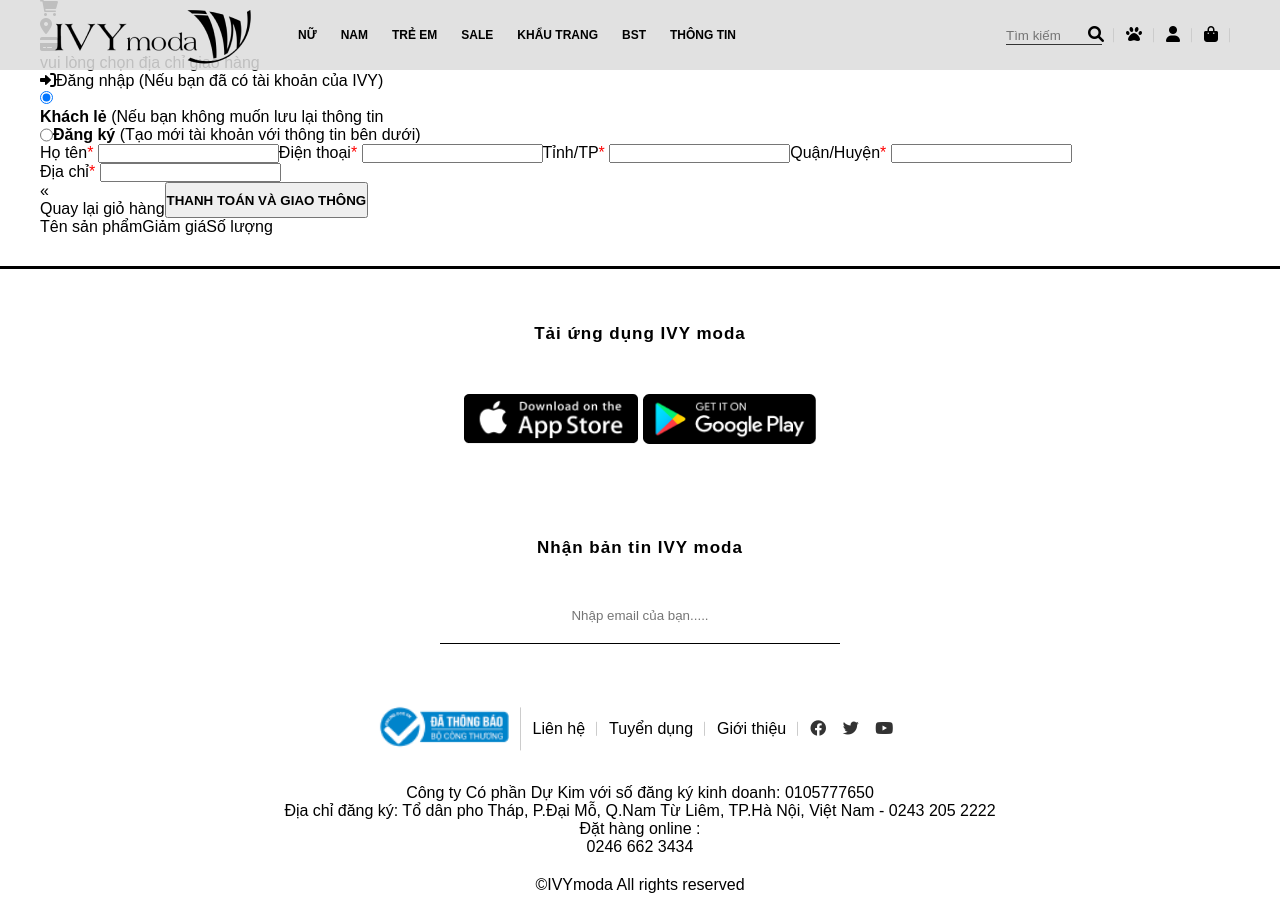
Repository: dinhvanbinh2310/ivy-moda
Page: delivery.html
An editor plug-in stored every save of this project. The page is shown before and after the next save, followed by the edit.
The browser window is 1280 px wide. The pictures show the whole page.

Above is the page before, as saved 2022-05-08 10:21:04.

### delivery.html
<!DOCTYPE html>
<html lang="en">
<head>
    <meta charset="UTF-8">
    <meta http-equiv="X-UA-Compatible" content="IE=edge">
    <meta name="viewport" content="width=device-width, initial-scale=1.0">
    <link rel="stylesheet" href="./fontawesome-free-6.1.1-web/css/all.css">
    <link rel="stylesheet" href="./css/style.css">
    <title>IVY moda</title>
</head>
<body>
<header>
    <div class="logo">
        <img src="./Images/logo.png" alt="logo" class="logo">
    </div>
    <div class="menu">
        <li><a href="">NỮ</a>
            <ul class="sub-menu">
                <li> <a href="">Hàng mới về</a>
                </li>
                <li> <a href="">Collection</a>
                </li>
                <li> <a href=""> Áo</a>
                    <ul>
                        <li> <a href="">Áo sơ mi</a>
                        </li>
                        <li> <a href="">Áo thun</a>
                        </li>
                        <li> <a href="">Áo khoác</a>
                        </li>
                        <li> <a href="">Áo len</a>
                        </li>
                    </ul>
                </li>
                <li> <a href="">Quần</a>
                    <ul>
                        <li> <a href="">Quần jean</a>
                        </li>
                        <li> <a href="">Quần lửng</a>
                        </li>
                        <li> <a href="">Quần dài</a>
                        </li>
                    </ul>
                </li>
            </ul>
        </li>
        <li><a href="">NAM</a>
        </li>
        <li><a href="">TRẺ EM</a>
        </li>
        <li><a href="">SALE</a>
        </li>
        <li><a href="">KHẨU TRANG</a>
        </li>
        <li><a href="">BST</a>
        </li>
        <li><a href="">THÔNG TIN</a>
        </li>
    </div>
    <div class="others">
        <li>
            <input placeholder="Tìm kiếm" type="text"> <i class="fa-solid fa-magnifying-glass"></i>
        </li>
        <li>
            <a class="fa-solid fa-paw" href=""></a>
        </li>
        <li>
            <a class="fa-solid fa-user" href=""></a>
        </li>
        <li>
            <a class="fa-solid fa-bag-shopping" href=""></a>
        </li>
    </div>
</header>
<!-----------------------------delivery----------------------------->
<section class="delivery">
    <div class="container">
        <div class="delivery-top-wrap">
            <div class="delivery-top">
              <div class="delivery-top-delivery delivery-top-item">
                <i class="fa-solid fa-cart-shopping "></i>
              </div>
              <div class="delivery-top-adress delivery-top-item">
                <i class="fa-solid fa-location-dot"></i>
              </div>
              <div class="delivery-top-payment delivery-top-item">
                <i class="fa-solid fa-credit-card "></i>
              </div>
            </div>
    </div>
    </div>
    <div class="container">
        <div class="delivery-content">
            <div class="delivery-content-left">
               <p>vui lòng chọn địa chỉ giao hàng </p>
            <div class="delivery-content-left-signin row">
                <i class="fa-solid fa-right-to-bracket"></i>
                <p>Đăng nhập (Nếu bạn đã có tài khoản của IVY)</p>
            </div>
            <div class="delivery-content-left-strange-customers">
                <input checked name="loaikhach" type="radio">
                <p>  <span style="font-weight: bold;">  Khách lẻ</span> (Nếu bạn không muốn lưu lại thông tin</p>
            </div>
                <div class="delivery-content-left-signup row">
                    <input name="loaikhach" type="radio">
                    <p>  <span style="font-weight: bold;"> Đăng ký </span>(Tạo mới tài khoản với thông tin bên dưới)
                    </p>
                </div>
                <div class="delivery-content-left-input-top row">
                    <div class="delivery-content-left-input-top-item">
                        <label for="">Họ tên<span style="color: red;">*</span></label>
                        <input type="text">
                    </div>
                    <div class="delivery-content-left-input-top-item">
                        <label for="">Điện thoại<span style="color: red;">*</span></label>
                        <input type="text">
                    </div>
                    <div class="delivery-content-left-input-top-item">
                        <label for="">Tỉnh/TP<span style="color: red;">*</span></label>
                        <input type="text">
                    </div>
                    <div class="delivery-content-left-input-top-item">
                        <label for="">Quận/Huyện<span style="color: red;">*</span></label>
                        <input type="text">
                    </div>
                </div>
                <div class="delivery-content-left-input-input-bottom">
                    <label for="">Địa chỉ<span style="color: red;">*</span></label>
                    <input type="text">
                </div>
                <div class="delivery-content-left-button row">
                    <a href=""> <span>&#171;</span><p>Quay lại giỏ hàng</p></a>
                    <button><p style="font-weight: bold;">THANH TOÁN VÀ GIAO THÔNG</p> </button>
                </div>
            </div>
            <div class="delivery-content-right">
                <table>
                    <tr>Tên sản phẩm</tr>
                    <tr>Giảm giá</tr>
                    <tr>Số lượng</tr>
                </table>
            </div>
        </div>
    </div>
</section>


<div class="dot-horizontal">
</div>
<!------------------------------Footer---------------------------------->
<section class="app-container">
  <p>Tải ứng dụng IVY moda</p>
  <div class="app-google">
      <img src="./Images/appstore.png" alt="">
      <img src="./Images/googleplay.png" alt="">
  </div>
  <p>Nhận bản tin IVY moda</p>
  <input type="text" placeholder="Nhập email của bạn.....">
</section>

<div class="footer-top">
  <li>
      <a href=""> <img src="./Images/img-congthuong.png" alt="">
      </a>
  </li>
  <li>Liên hệ</li>
  <li>Tuyển dụng</li>
  <li>Giới thiệu</li>
  <li>
      <a href="" class="fa-brands fa-facebook"></a>
      <a href="" class="fa-brands fa-twitter"></a>
      <a href="" class="fa-brands fa-youtube"></a>
  </li>
</div>
<div class="footer-center">

  <p>
      Công ty Có phần Dự Kim với số đăng ký kinh doanh: 0105777650
      <br> Địa chỉ đăng ký: Tổ dân pho Tháp, P.Đại Mỗ, Q.Nam Từ Liêm, TP.Hà Nội, Việt Nam - 0243 205 2222
      <br> Đặt hàng online :
      <br>0246 662 3434
      <br>
  </p>
</div>
<div class="footer-bottom">
  ©IVYmoda All rights reserved
</div>
</body>
  </html>

### css/style.css
*{
  margin: 0;
  padding: 0;
  box-sizing: border-box;
  font-family: Arial, Helvetica, sans-serif;
}
li{
  list-style: none;
}
a{
  text-decoration: none;
  color: #000;
}
header{
  display: flex;
  justify-content: space-between;
  height: 70px;
  padding: 12px 50px;
  align-items: center;
  position: fixed;
  top: 0;
  left: 0;
  z-index: 1;
  background:#DDDDDDDD;
  width: 100%;
}

.logo{
  flex: 1;
  padding-top: 10px;
 size: 5px;
}
.menu{
  flex: 3;
  display: flex;
}
.menu > li{
  padding: 0 12px;
  position: relative;
}
.menu  li a{
  font-size: 12px;
  font-weight: bold;
  display: block;
  line-height: 20px;
}
.menu > li:hover .sub-menu{
  visibility: visible;
  top: 45px;
}
.sub-menu{
  position: absolute;
  width: 150px;
  border: 1px solid #ccc;
  padding: 10px 0 10px 20px;
  visibility: hidden;
  top: 75px;
  transition: 0.3s;
  z-index: 1;
  background-color: #fff;
}
.sub-menu ul{
  padding-left: 20px;
}
.sub-menu li a{
  font-size: 12px;
  font-weight: normal;
}

.others{
  flex: 1;
  display: flex;
}
.others > li{
  padding: 0 12px;
  position: relative;
}
.others>li::after{
  content: "";
  display: block;
  width: 1px;
  height: 75%;
  background: #cccccc;
  position: absolute;
  right: 0;
  top: 50%;
  transform: translateY(-50%);
}
.others > li:first-child{
  position: relative;

}
.others > li:first-child input{
  width: 100%;
  height: 100%;
  background: #0000;
  border: none;
  border-bottom:1px solid #333 ;
}
.others > li:first-child i{
position: absolute;
right: 10px;
}
.sliders{
  overflow: hidden;
}
.aspect-ratio-169 {
  display: block;
  position: relative;
  padding-top: 56.25%;
  transition: 0.3s;
}
.aspect-ratio-169 img {
  display: block;
  position: absolute;
  width: 100%;
  height: 100%;
  top: 0;
  left: 0;
}
.dot-container{
  position:absolute;
  height: 30px;
  width: 100%;
  display: flex;
  justify-content: center;
  padding-top: 10px;
}
.dot-horizontal{
  border-bottom: 3px solid black;
  padding-top: 30px;
 width: 100%;
 height: 100%;
 size: 100%;
}
.dot{
  height: 16px;
  width: 16px;
  background-color: #ccc;
  border-radius: 50%;
  margin-right: 12px;
  cursor: pointer;
}
.dot.active{
  background-color: #333;
}
/* -------------------------------app---------------------------- */
.app-container{
  text-align: center;
  align-items: center;
  padding: 15px 0 50px 0;
}
.app-google{
  margin:50px;
}
.app-google img{
  height: 50px;
  cursor: pointer;
}
.app-container p{
line-height: 20px;
letter-spacing: 1px;
font-size: 17px;
color:#000;
font-weight: bold;
padding-top: 40px;
}
.app-container input{
  margin-top: 50px;
  border: none;
  border-bottom: 1px solid #000;
  padding-bottom: 20px;
  width: 400px;
  text-align: center;
  outline: none;
}
.footer{
  text-align: center;
}
.footer-top{
  display: flex;
  text-align: center;
  justify-content: center;
  align-items: center;
  margin-bottom: 20px;
  height: 70px;
}
.footer-top img{
  height: 50px;
}
.footer-top li{
  padding: 0 12px;
  position: relative;
}
.footer-top li::after{
  content:"";
  display: block;
  width: 1px;
  height: 80%;
  background-color: #cccccc;
  position: absolute;
  right: 0;
  top: 50%;
  transform: translateY(-50%);
}
.footer-top li:last-child::after{
  display: none;
}
.footer-top li:last-child a{
margin-right: 12px;
color:#333;
}
.footer-center{
  text-align: center;
}
.footer-bottom{
  margin: 20px 0;
  text-align: center;
}
/* Cartegory */
.cartegory{
  padding: 100px 0 0;
}
.container{
  max-width: 1200px;
  margin: auto;
}
.row{
  display: flex;
  flex-wrap: wrap;
}
.cartegory-top{
  margin-bottom: 50px;
}
.cartegory-top p{
  font-family: Arial, Helvetica, sans-serif;
margin: 0 12px;
font-size: 12px;
}
.cartegory-left{
  width: 20%;
}
.cartegory-right{
  width: 80%;
}
.cartegory-right-top-item:first-child{
  flex: 2;
font-size: 16px;
font-family: Arial, Helvetica, sans-serif;
font-weight: bold;
}
.cartegory-right-top-item{
  flex: 1;
  padding: 0 12px;
}
.cartegory-right-top-item button{
  width: 100%;
  padding: 10px 15px;
  display: flex;
  justify-content: space-between;
  background-color: #ffff;
  border: 1px solid #dddd;
  cursor: pointer;
}
.cartegory-right-top-item select{
  width: 100%;
  padding: 10px 15px;
  display: flex;
  justify-content: space-between;
  background-color: #ffff;
  border: 1px solid #dddd;
  cursor: pointer;
}
.cartegory-right-content{
  margin-top: 20px;
  justify-content: space-between;
}
.cartegory-right-content-item{
  width: calc(25% - 12px);
  text-align: center;
  padding: 12px 0;
}
.cartegory-right-content-item h1{
  font-size: 11px;
font-family: Arial, Helvetica, sans-serif;
  margin-top: 6px;
  color: #333333;
}
.cartegory-right-content-item img{
  width: 100%;
}
.cartegory-right-content-item p{
  font-size: 12px;
}
.cartegory-right-bottom{
  justify-content: space-between;
  margin: 30px 0 20px;
  width: 100%;
}
.cartegory-right-bottom p{
  font-family: Arial, Helvetica, sans-serif;
font-size: 11px;
}
.cartegory-left ul li{
  padding: 12px 0;
}
.cartegory-left ul li >a{
  color: black;
  font-size: 16px;
  font-weight: bold;
  font-family: Arial, Helvetica, sans-serif;
}
.cartegory-left ul li ul li{
  padding-left: 10px;
}
.cartegory-left-li ul{
  display: none;
}
.cartegory-left-li.block ul{
  display: block;
}
.cartegory-left ul li ul li a{
  color: #333333;
}
/* -----------------Product------------------ */
.product{
  padding: 100px 0;

}
.product-top{
  margin-bottom: 30px;
}
.product-top p{
  font-family: Arial, Helvetica, sans-serif;
  margin: 0 12px;
  font-size: 12px;
}
.product-content-left{
  width: 50%;
}

.product-content-left-big-img{
  width: 80%;
  padding-right: 20px;
}
.product-content-left-big-img img{
  width: 100%;
}
.product-content-left-small-img{
  width: 20%;
}
.product-content-left-small-img img{
  width: 100%;
  cursor: pointer;
}
.product-content-right{
  width: 50%;
  padding-left: 20px;
}
.product-content-right-product-name{
  font-family: Arial, Helvetica, sans-serif;
font-size: 16px;
}
.product-content-right-product-name p{
  color: #cccc;
  font-size: 12px;
}
.product-content-right-product-price{
  margin: 12px 0;
  font-size: 20px;
  font-weight: bold;
  font-family: Arial, Helvetica, sans-serif;
}
.product-content-right-product-color img{
  width: 30px;
  height: 30px;
  border-radius: 50%;
}
.product-content-right-product-color-img{
  height: 40px;
  width: 40px;
  border: 1px soild #333;
  display: flex;
  align-items: center;
  justify-content: center;
  margin: 12px 0;
}
.size span{
  display: inline-block;
  padding: 3px 6px;
  border: 1px solid #dddddd;
  margin: 12px 10px 12px 0;
  font-size: 17px;
  cursor: pointer;
}
.quantity{
  display: flex;
  margin-bottom: 20px;
}
.quantity input{
  width: 35px;
  padding-left: 3px;
}
.product-content-right-product-button button{
  width: 150px;
  height: 40px;
  display: block;
  margin: 20px 0 12px;
  transition: all 0.3s ease;
}
.product-content-right-product-button button:first-child{
  display: flex;
  justify-content: space-evenly;
  align-items: center;
  background-color: #ffff;
  border: 2px solid black;
  cursor: pointer;
}
.product-content-right-product-button button:first-child:hover{
  background-color: black;
  color: #ffff;
}
.product-content-right-product-button button:last-child{
  color: #BF8A49;
  border: 2px solid #BF8A49;
  background-color: #ffff;
  cursor: pointer;
}
.product-content-right-product-icon {
display: flex;
}
.product-content-right-product-icon p{
  list-style: none;
  color: #000;
  font-weight: 200;
  font-size: 14px;
  font-family: Arial, Helvetica, sans-serif;
  margin-right: 6px;
}
.product-content-right-product-icon-item{
  display: flex;
  margin-right: 12px;
  justify-content: center;
  align-items: center;
}
.product-content-right-product-icon-item i{
  font-size: 12px;
  margin-right: 6px;
  display: flex;
}
.product-content-right-product-icon-item p {
margin-left: 6px;
}
.product-content-right-product-qr img{
  margin: 20px 0;
  width:60px;
  height:60px;
}
.product-content-right-bottom{
  padding-top: 40px;
  border-top: 1px solid #dddd;
  position: relative;

}
.product-content-right-bottom-top{
position: absolute;
width: 30px;
height: 30px;
border: 2px solid #dddd;
display: flex;
justify-content: center;
align-items: center;
background-color: #ffff;
left: 50%;
top: -15px;
border-radius: 50%;
transform: translateX(-50%);
cursor: pointer;
}
.product-content-right-bottom-content-title{
  border-bottom: 2px solid #dddd;
}
.product-content-right-bottom-content-title-item{
  padding: 6px;
  cursor: pointer;
  margin-right: 6px;
}
.product-content-right-bottom-content-title-item p{
  font-family: Arial, Helvetica, sans-serif;
  font-size: 14px;
}
.product-content-right-bottom-content{
  padding-top: 30px;
  color: #3e3e3f;
  font-size: 14px;
 }
 .product-content-right-bottom-content-detail{
   display: none;
 }
 .product-content-right-bottom-content-detail th{
   padding-right: 50px;
   text-align: left;
 }
 .product-content-right-bottom-content-preserve{
  display: none;
 }
.activeB{
  display: none;
}
/*---------------------product related----------------- */
.product-related{
  margin-bottom: 50px;
}
.product-related-title{
  margin: 20px 0;
}
.product-related-title p{
  font-family: Arial, Helvetica, sans-serif;
  font-size: 14px;
  font-weight: bold;
  color: #333;
}
.product-related-item{
  width: 20%;
  text-align: center;
  padding: 0 6px;
}
.product-related-item img{
  width: 100%;
}
.product-related-item h1{
  font-family: Arial, Helvetica, sans-serif;
  font-size: 12px;
  color: #333;
  margin-top: 6px;
}
.product-related-item p{
  font-size: 12px;
  text-decoration: line-through;
}
/*-----------------------------cart-----------------------------*/
.cart{
  padding: 100px 0;
}
.cart-top-wrap{
  display: flex;
  justify-content: center;
  align-items: center;
}
.cart-top{
  display: flex;
  height: 2px;
  width: 70%;
  background-color: #ddd;
  justify-content: space-between;
  align-items: center;
  margin: 50px 0 100px;
}
.cart-top-item{
  width: 40px;
  height: 40px;
  border-radius: 50%;
  border: 1px solid #dddd;
  display: flex;
  align-items: center;
  justify-content: center;
  background-color: #fff;
}
.cart-top-item i{
  color: #dddd;
}
.cart-top-cart {
  border: 1px solid #0DB7EA;
}
.cart-top-cart i{
  color: #0DB7EA;
}
.cart-content-left{
  flex: 2;
  padding-right: 12px;
}
.cart-content-left table{
  width: 100%;
  text-align: center;
}
.cart-content-left table th{
  padding-bottom: 30px;
  font-family: Arial, Helvetica, sans-serif;
  font-style: 12px;
  text-transform: uppercase;
  color: #333;
  border-collapse: collapse;
  border-bottom: 2px solid #dddd;
}
.cart-content-left table p{
  padding-bottom: 30px;
  font-family: Arial, Helvetica, sans-serif;
  color: #333;
}
.cart-content-left table input{
  width: 30px;
  margin-bottom: 30px;
}
.cart-content-left table span{
  display: block;
  margin-bottom: 30px;
  width: 20px;
  height: 20px;
  border: 1px solid #ddd;
  cursor: pointer;
}
.cart-content-left table td{
  padding: 20px 0;
  border-bottom: 2px solid #ddd;
}
.cart-content-left table td img{
  padding-bottom: 30px;
  font-family: Arial, Helvetica, sans-serif;
}
.cart-content-left td:first-child img{
  width: 130px;
}
.cart-content-left td:nth-child(2){
  max-width: 130px;
}
.cart-content-left td:nth-child(3) img{
  width: 30px;
}
.cart-content-right{
  flex: 1;
  padding-left: 12px;
  border-left: 2px solid #dddd;
}
.cart-content-right table{
  width: 100%;
}
.cart-content-right table th{
  padding-bottom: 35px;
  font-family: Arial, Helvetica, sans-serif;
  font-size: 12px;
  color: #333;
  border-collapse: collapse;
  border-bottom: 2px solid #dddd;
}
.cart-content-right table td{
  font-family: Arial, Helvetica, sans-serif;
  font-size: 12px;
  color: #333;
  padding: 6px 0;
}
.cart-content-right tr:nth(4) td{
  border-bottom: 2px solid #dddd;

}
.cart-content-right tr td:last-child{
  text-align: right;
}
.cart-content-right-text{
  margin: 20px 0;
  text-align: center;
}
.cart-content-right-text p{
  font-family: Arial, Helvetica, sans-serif;
  font-size: 12px;
  color: #333;
  padding-top: 20px;
}
.cart-content-right-button{
  text-align: center;
  align-items: center;
}
.cart-content-right-button button{
  padding: 0 18px;
  margin-top: 20px;
  height: 35px;
  cursor: pointer;;
}
.cart-content-right-button button:first-child{
  background-color: #fff;
  border: 1px solid black;
  margin-right: 20px;
}
.cart-content-right-button button:first-child:hover{
  background-color: #ddd;
}
.cart-content-right-button button:last-child{
  background-color: black;
  color: #fff;
  border: none;
  border: 1px solid black;
}
.cart-content-right-button button:last-child:hover{
  background-color: #dddd;
  color: black;
}
.cart-content-right-login{
  margin-top: 20px;
}
.cart-content-right-login p{
  font-family: Arial, Helvetica, sans-serif;
  font-size: 12px;
  color: #333;
  padding-top: 30px;
}

Loaded but not shown: fontawesome-free-6.1.1-web/css/all.css (library)

After the next save:
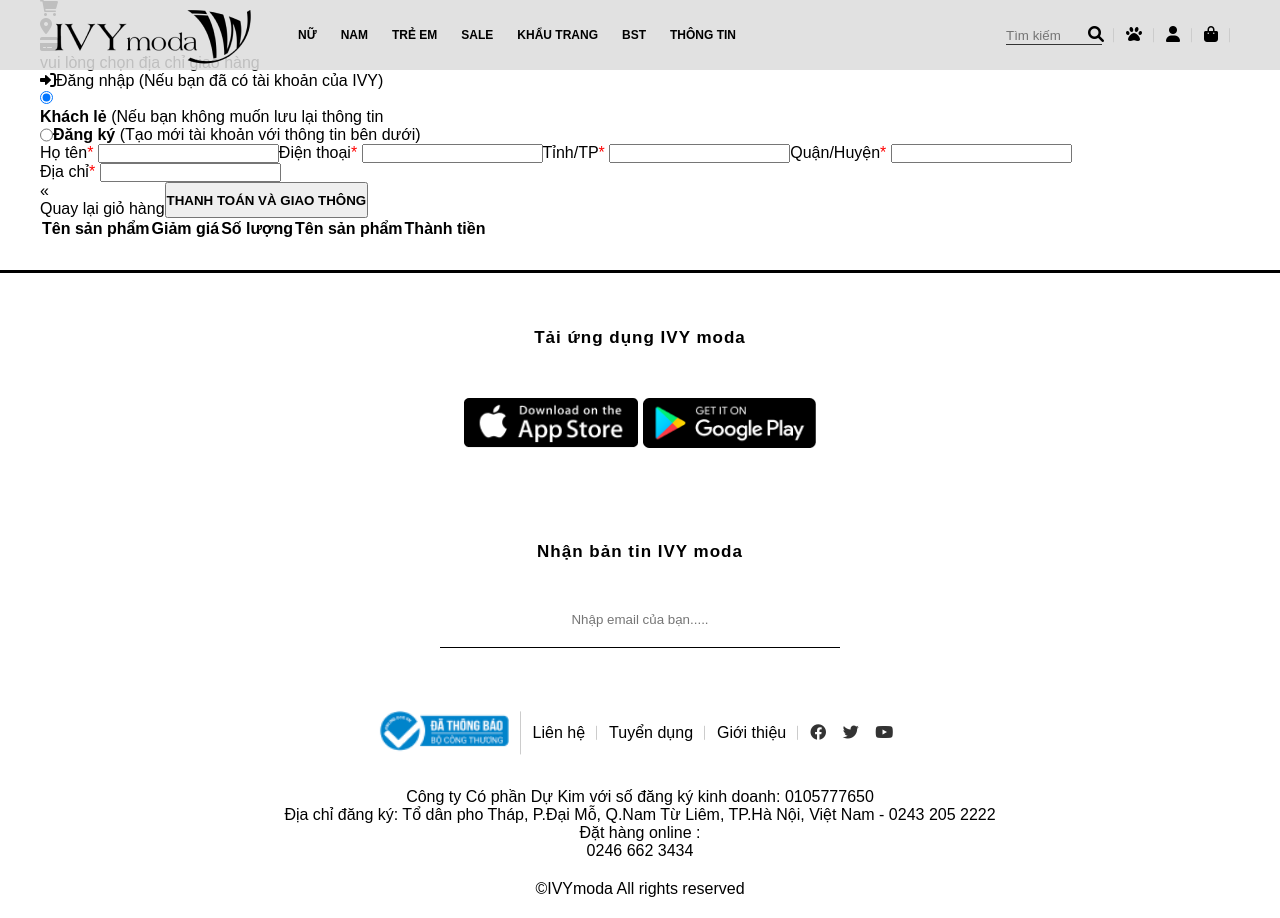
Saved 35 s later.
--- a/delivery.html
+++ b/delivery.html
@@ -135,9 +135,11 @@
             </div>
             <div class="delivery-content-right">
                 <table>
-                    <tr>Tên sản phẩm</tr>
-                    <tr>Giảm giá</tr>
-                    <tr>Số lượng</tr>
+                    <th>Tên sản phẩm</th>
+                    <th>Giảm giá</th>
+                    <th>Số lượng</th>
+                    <th>Tên sản phẩm</th>
+                    <th>Thành tiền</th>
                 </table>
             </div>
         </div>
